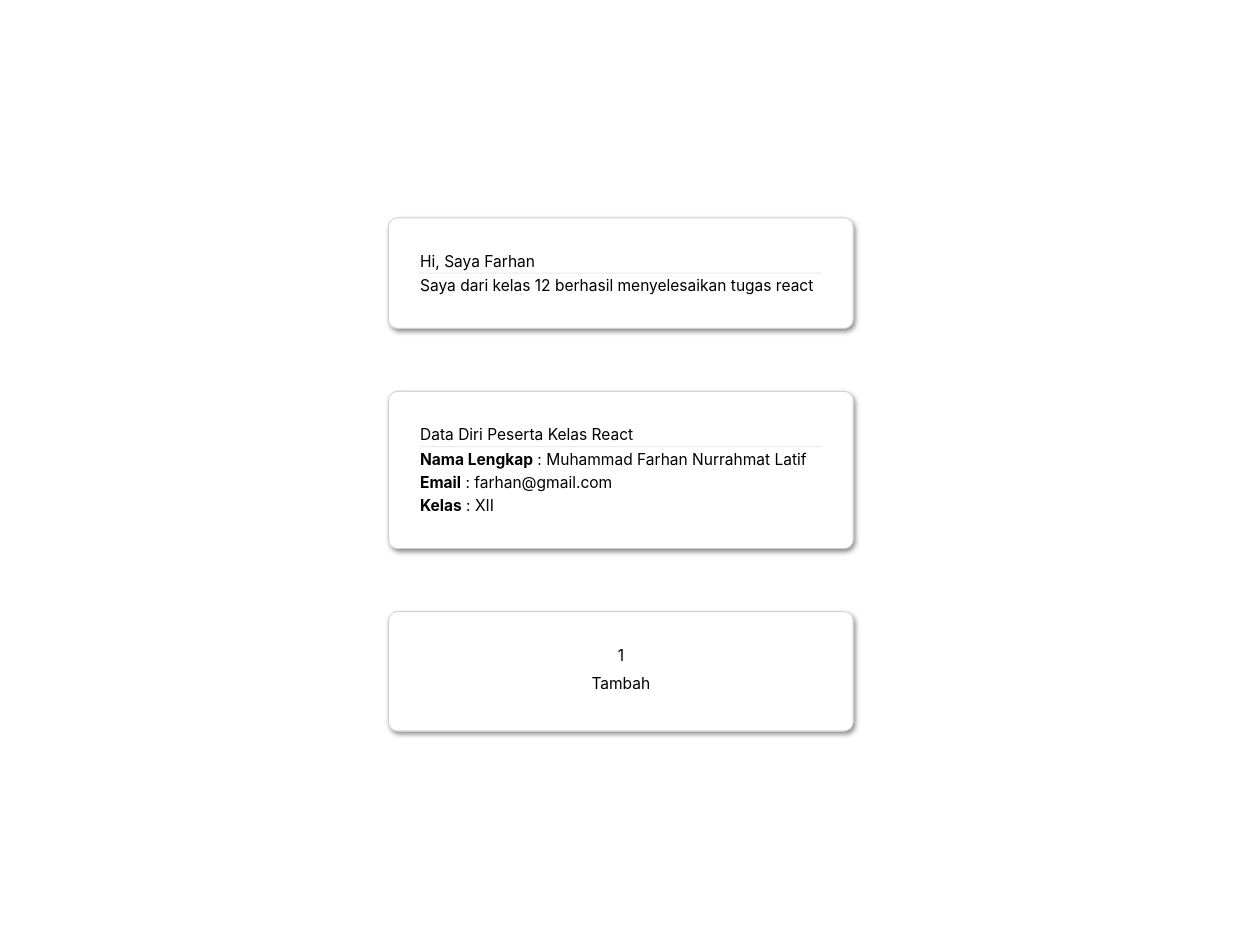
Repository: mfarhannr/Tugas-Reactjs_Farhan
Page: /
These files come from the project's save history. The page is drawn as it stood at one moment and after the next save; the edit follows.
The browser window is 1280 px wide. The pictures show the whole page, at 97% of full size.
The project was rebuilt for these pictures with package versions that can differ from the ones it lists, and the page was loaded fresh each time.

Above is the page before, as saved 2024-05-06 15:08:00.

### src/index.js
import React from 'react';
import ReactDOM from 'react-dom/client';
import "flowbite/dist/flowbite.min.css";
import './index.css';
import App from './App';
import reportWebVitals from './reportWebVitals';

const root = ReactDOM.createRoot(document.getElementById('root'));
root.render(
  <React.StrictMode>
    <App />
  </React.StrictMode>
);

// If you want to start measuring performance in your app, pass a function
// to log results (for example: reportWebVitals(console.log))
// or send to an analytics endpoint. Learn more: https://bit.ly/CRA-vitals
reportWebVitals();

### src/App.js
import './App.css';
import Tugas6 from "./tugas6/tugas6";
// import Welcome from "./WelcomeComponent";
import Tugas7 from './tugas7/tugas7';
import Tugas8 from "./tugas8/tugas8";

function App() {
  return (
    <div className="App">
        <Tugas6 />
        <Tugas7
          name="Muhammad Farhan Nurrahmat Latif"
          email="farhan@gmail.com"
          kelas="XII"
      />
      <Tugas8 />
    </div>
  );
}

export default App;

### src/App.css
.App {
  padding: 10rem;
}

.Card6 {
  border: 1px solid #ccc;
  border-radius: 10px;
  padding: 2em;
  margin: 4em auto;
  width: 50%;
  box-shadow: 2px 3px 5px #888888;
}

span {
  font-size:bold;
}

.tambah {
  width:100%;
  padding: 5px 0px;
}

.Card7 {
  border: 1px solid #ccc;
  border-radius: 10px;
  padding: 2em;
  margin: 4em auto;
  width: 50%;
  box-shadow: 2px 3px 5px #888888;
}

.Card8 {
  text-align: center;
  border: 1px solid #ccc;
  border-radius: 10px;
  padding: 2em;
  margin: 4em auto;
  width: 50%;
  box-shadow: 2px 3px 5px #888888;
}

.App-logo {
  height: 40vmin;
  pointer-events: none;
}

@media (prefers-reduced-motion: no-preference) {
  .App-logo {
    animation: App-logo-spin infinite 20s linear;
  }
}

.App-header {
  background-color: #282c34;
  min-height: 100vh;
  display: flex;
  flex-direction: column;
  align-items: center;
  justify-content: center;
  font-size: calc(10px + 2vmin);
  color: white;
}

.App-link {
  color: #61dafb;
}

@keyframes App-logo-spin {
  from {
    transform: rotate(0deg);
  }
  to {
    transform: rotate(360deg);
  }
}

### src/tugas6/tugas6.js
import React from "react";

function Tugas6() {
    return (
      <div className="Card6">
        <h1>Hi, Saya Farhan</h1>
        <hr></hr>
        <p>Saya dari kelas 12 berhasil menyelesaikan tugas react</p>
      </div>
    );
}

export default Tugas6;

### src/tugas7/tugas7.js
import React from "react";

function Tugas7(props) {
  return (
    <div className="Card7">
      <h1>Data Diri Peserta Kelas React</h1>
      <hr></hr>
      <ul>
        <li>
          <b>Nama Lengkap</b> : {props.name}
        </li>
        <li>
          <b>Email</b> : {props.email}
        </li>
        <li>
          <b>Kelas</b> : {props.kelas}
        </li>
      </ul>
    </div>
  );
}

export default Tugas7;

### src/tugas8/tugas8.js
import React, { Component } from 'react';
class Tugas8 extends Component {
  constructor(props) {
    super(props);
    this.state = {
      count:1
    };
  }

  handleIncrement = () => {
    this.setState({ count: this.state.count + 1 });
  };

  render() {
    const { count } = this.state;
    return (
      <div className="Card8">
        <p>{count}</p>
        {count > 10 ? (
          <p>sudah lebih dari 10</p>
        ) : (
          <button className="tambah"  onClick={this.handleIncrement}>Tambah</button>
        )}
      </div>
    );
  }
}

export default Tugas8;

Loaded but not shown: public/index.html (common file); src/index.css (common file); src/reportWebVitals.js (common file)

After the next save:
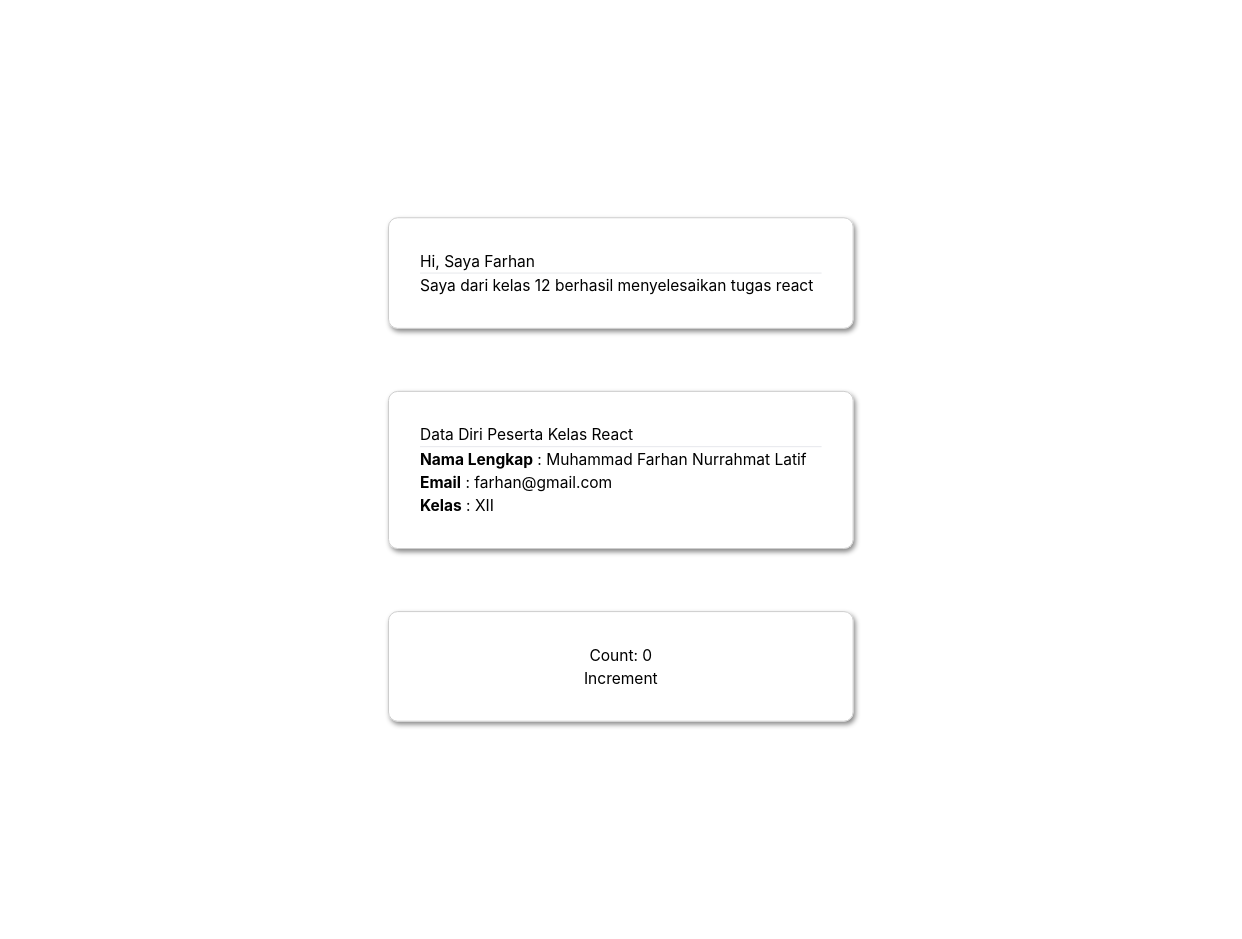
Saved 12 s later.
--- a/src/tugas8/tugas8.js
+++ b/src/tugas8/tugas8.js
@@ -3,7 +3,7 @@
   constructor(props) {
     super(props);
     this.state = {
-      count:1
+      count: 0
     };
   }
 
@@ -15,11 +15,11 @@
     const { count } = this.state;
     return (
       <div className="Card8">
-        <p>{count}</p>
+        <p>Count: {count}</p>
         {count > 10 ? (
           <p>sudah lebih dari 10</p>
         ) : (
-          <button className="tambah"  onClick={this.handleIncrement}>Tambah</button>
+          <button onClick={this.handleIncrement}>Increment</button>
         )}
       </div>
     );

After the save that followed:
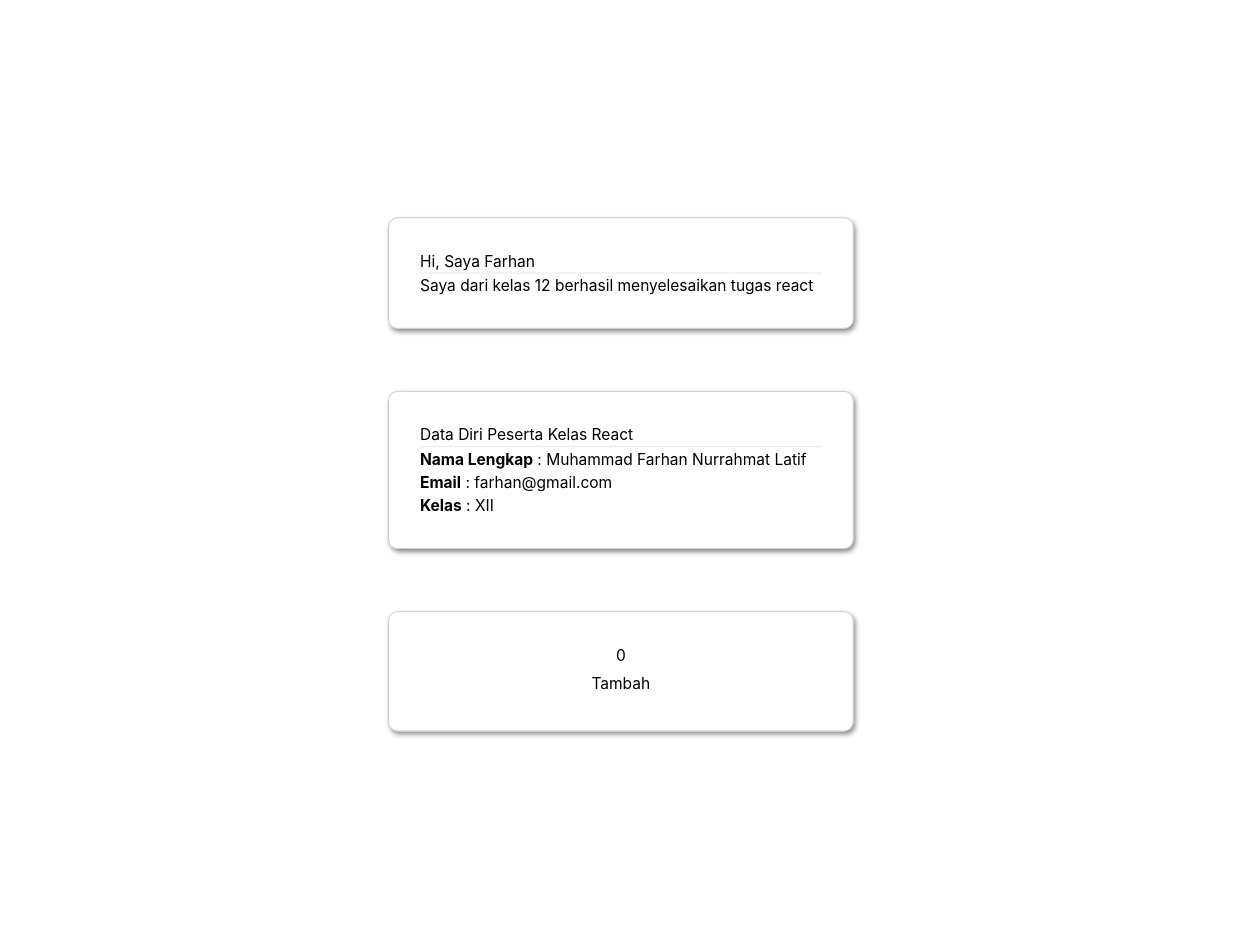
Saved 10 s later.
--- a/src/tugas8/tugas8.js
+++ b/src/tugas8/tugas8.js
@@ -3,7 +3,7 @@
   constructor(props) {
     super(props);
     this.state = {
-      count: 0
+      count:0
     };
   }
 
@@ -15,11 +15,11 @@
     const { count } = this.state;
     return (
       <div className="Card8">
-        <p>Count: {count}</p>
+        <p>{count}</p>
         {count > 10 ? (
           <p>sudah lebih dari 10</p>
         ) : (
-          <button onClick={this.handleIncrement}>Increment</button>
+          <button className="tambah"  onClick={this.handleIncrement}>Tambah</button>
         )}
       </div>
     );
